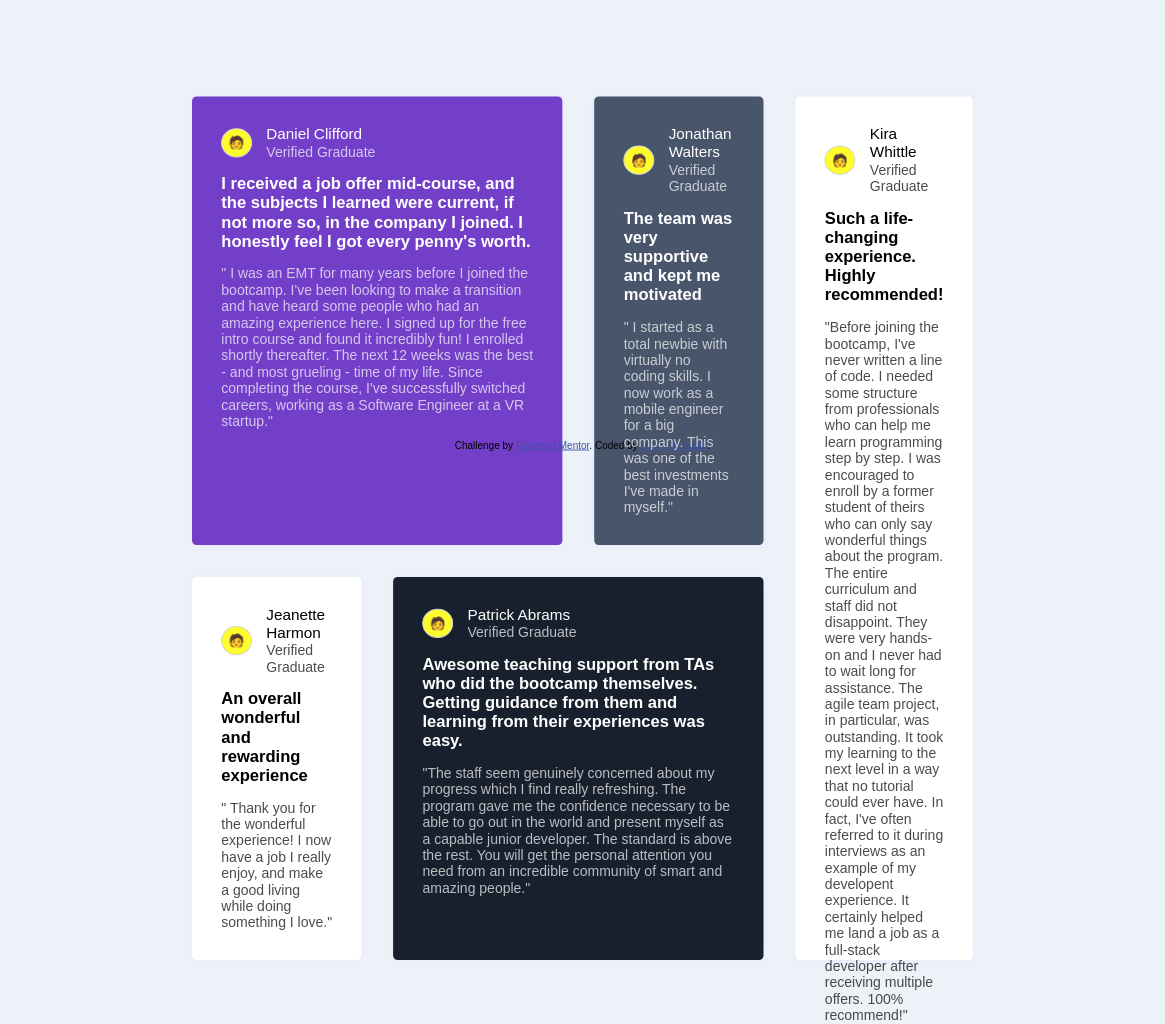
Repository: badhon252/Testimonials-Grid-Section
Page: index.html
These files come from the project's save history. The page is drawn as it stood at one moment and after the next save; the edit follows.
The browser window is 1280 px wide. The pictures show the whole page, at 91% of full size.

Above is the page before, as saved 2023-02-18 23:40:28.

After the next save:
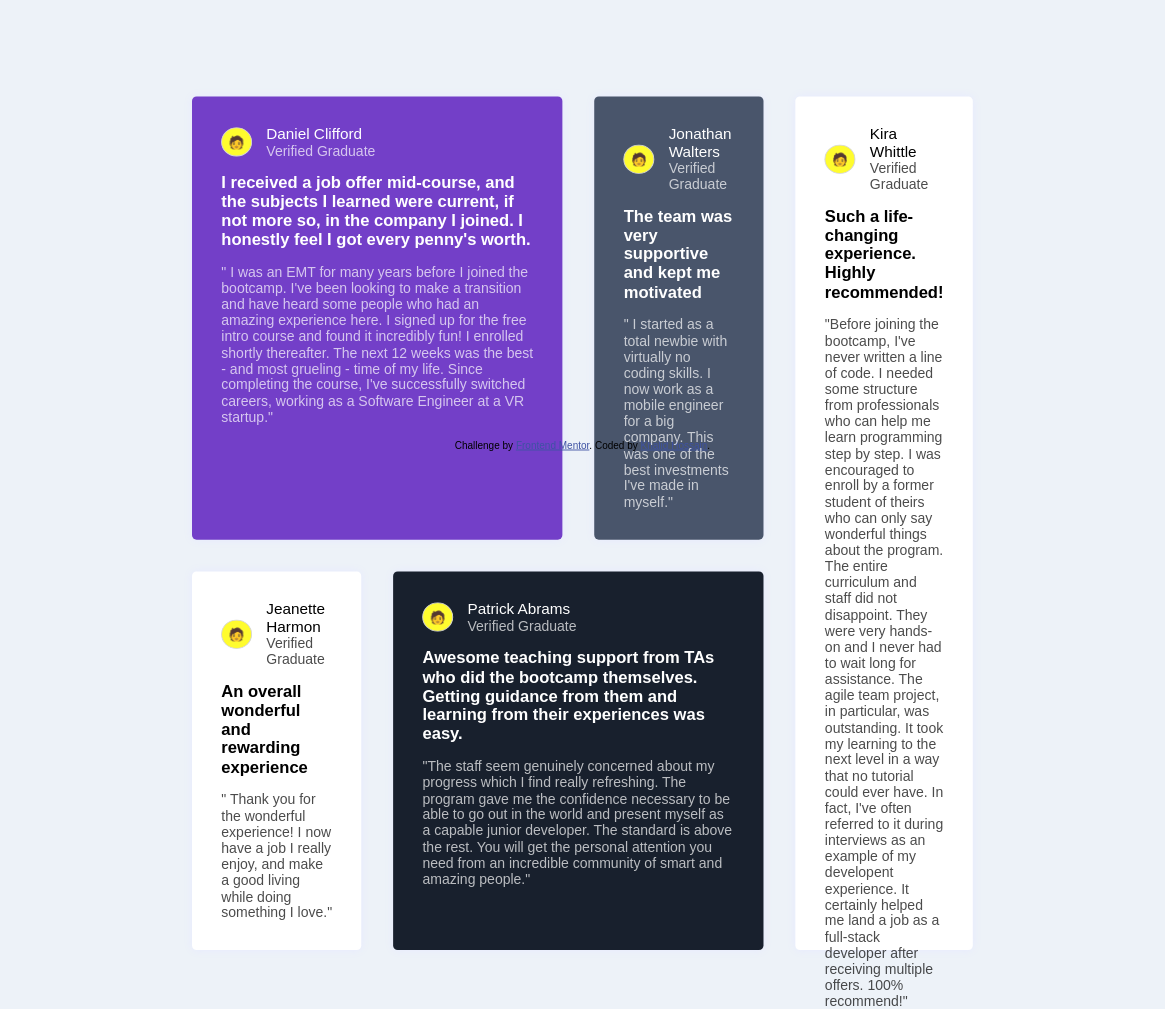
Saved 14 s later.
--- a/css/style.css
+++ b/css/style.css
@@ -12,6 +12,7 @@
     font-size: 14px;
     padding: 1rem;
     font-stretch: expanded;
+    line-height: 1.15;
 }
 
 .name {

After the save that followed:
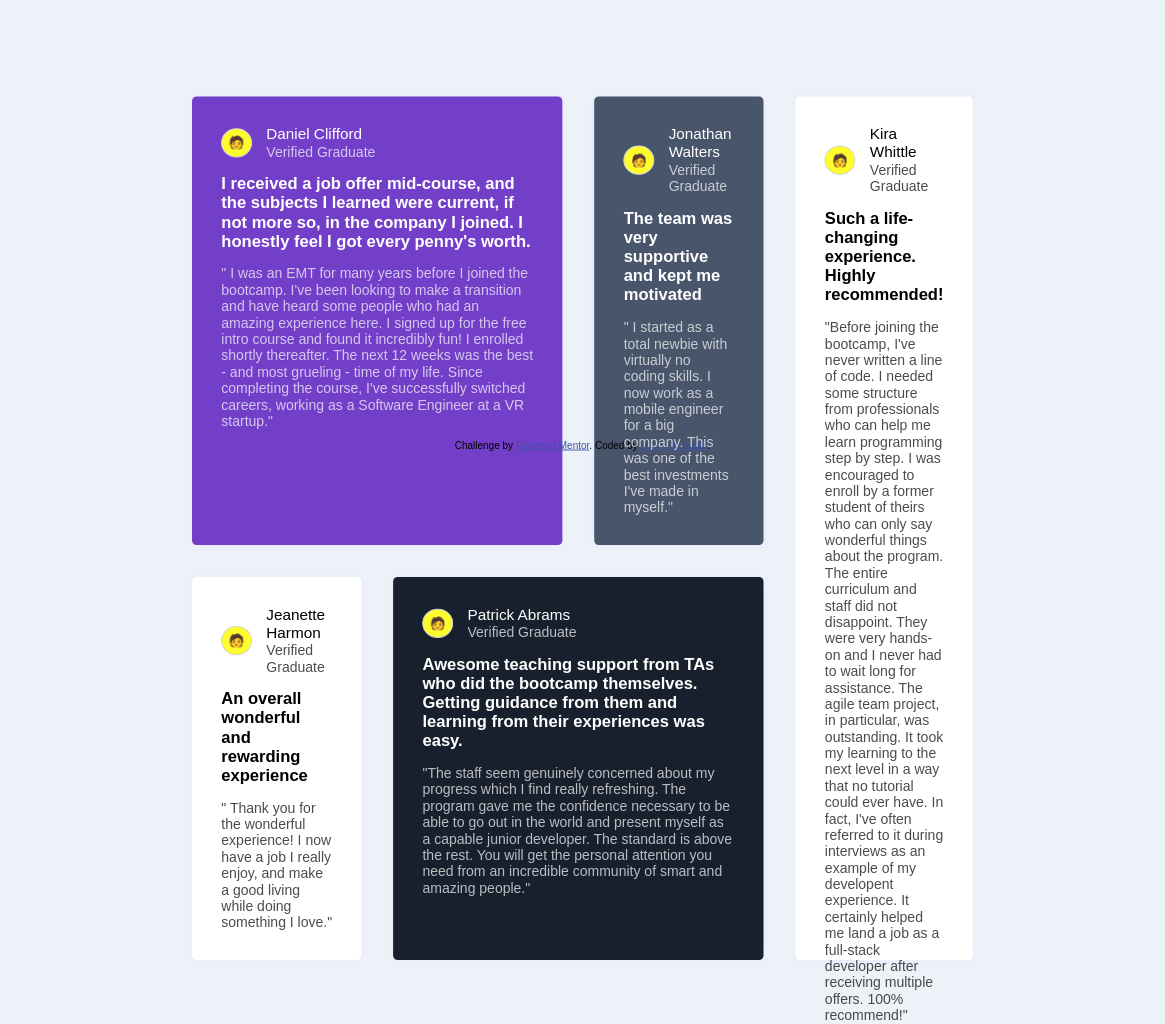
Saved 51 s later.
--- a/css/style.css
+++ b/css/style.css
@@ -12,7 +12,6 @@
     font-size: 14px;
     padding: 1rem;
     font-stretch: expanded;
-    line-height: 1.15;
 }
 
 .name {
